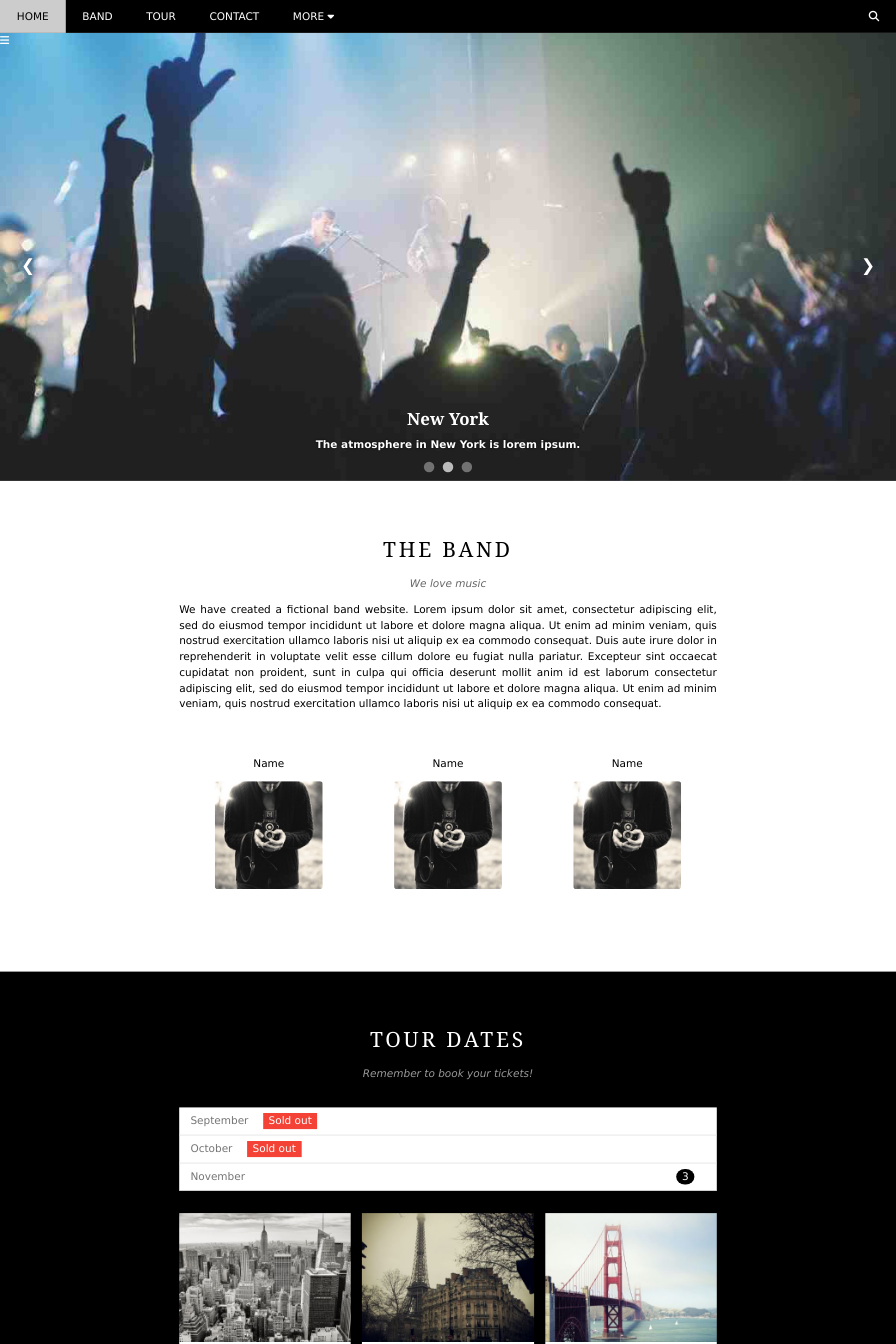
Repository: tam1512/The-Band
Page: index.html
The author's editor kept a copy of each file at every save. The page is drawn from the files as they stood at one save, then again after the next save.
The browser window is 1280 px wide. The pictures show the part of the page from y = 0 to 1920 px (the page is 3641 px tall), at 70% of full size.
Some web libraries are served in a nearby version.

Above is the page before, as saved 2022-07-28 11:26:46.

After the next save:
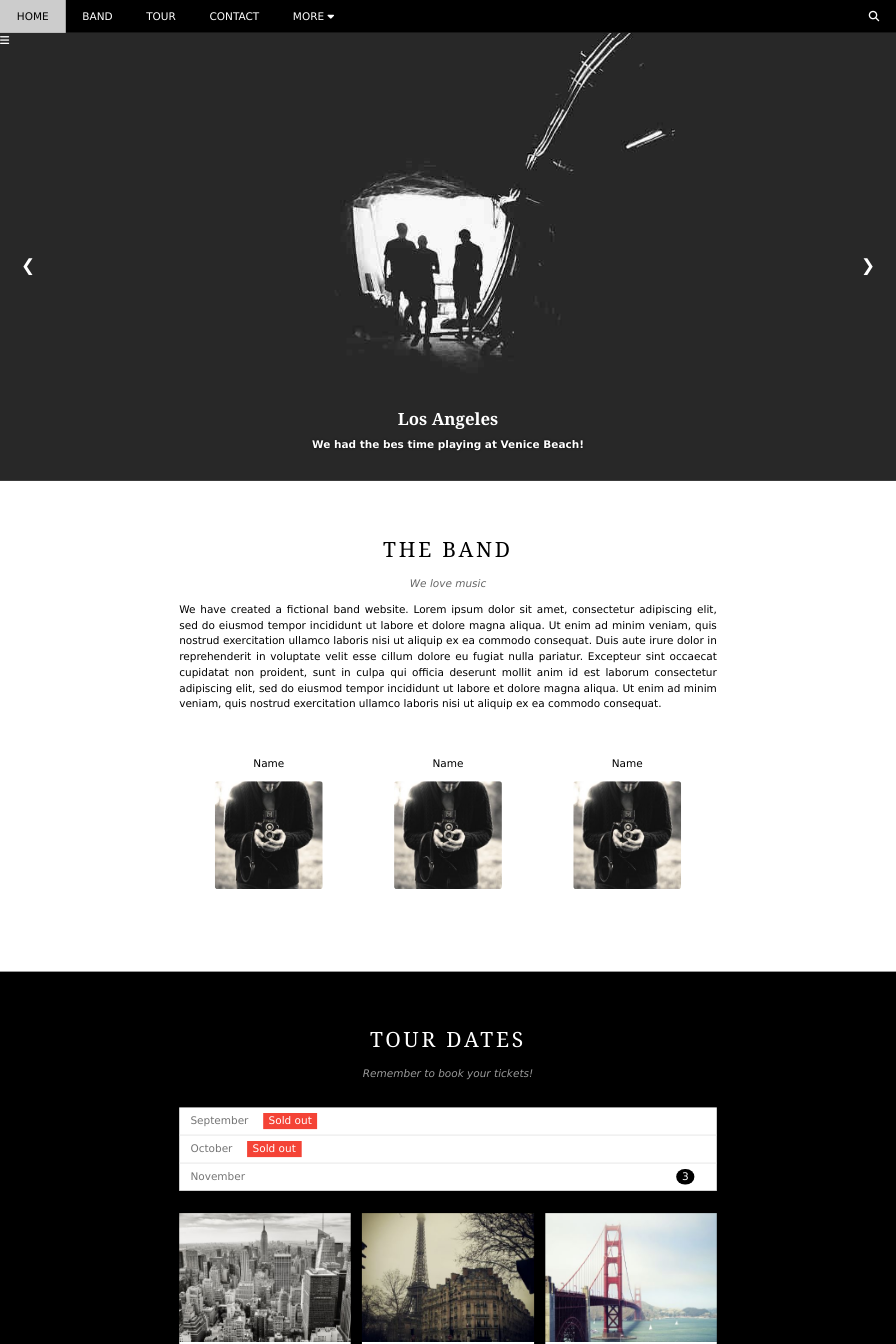
Console error (its wording comes from the project's code and is left out).
Saved 33 s later.
--- a/assets/js/js.js
+++ b/assets/js/js.js
@@ -33,9 +33,7 @@ let btnBuyTickets = document.getElementsByClassName("btn-buy-ticket");
 
 // Header
 let mainMenuElement = document.getElementsByClassName("main-menu")[0];
-let itemNavElements = document.querySelectorAll(
-  ".header_nav li a[href *= '#']"
-);
+let itemNavElements = document.querySelectorAll(".header_nav li]");
 
 // hien menu khi an vao nut main-menu
 mainMenuElement.addEventListener("click", () => {

After the save that followed:
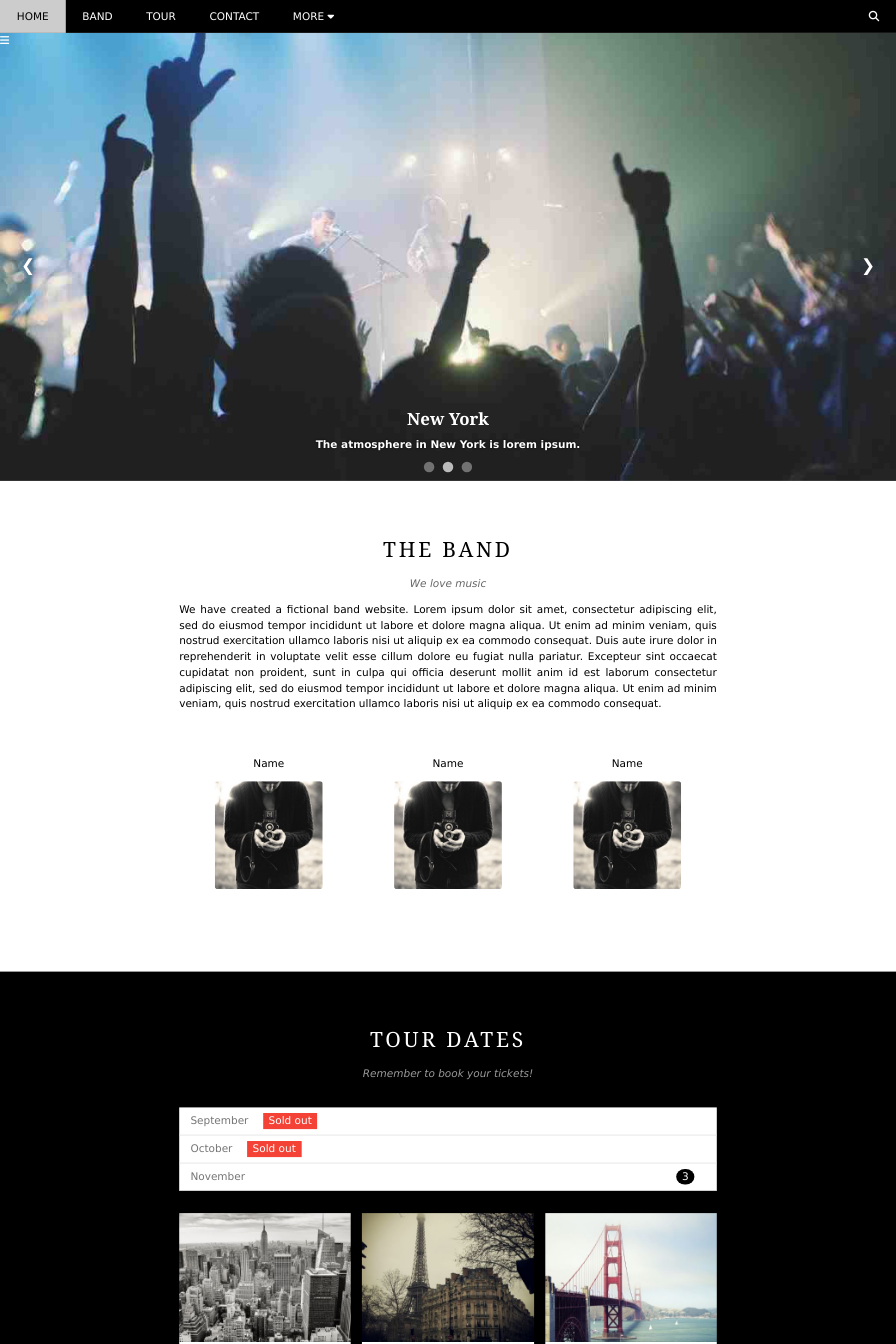
The error is gone.
Saved 4 s later.
--- a/assets/js/js.js
+++ b/assets/js/js.js
@@ -33,7 +33,7 @@ let btnBuyTickets = document.getElementsByClassName("btn-buy-ticket");
 
 // Header
 let mainMenuElement = document.getElementsByClassName("main-menu")[0];
-let itemNavElements = document.querySelectorAll(".header_nav li]");
+let itemNavElements = document.querySelectorAll(".header_nav li");
 
 // hien menu khi an vao nut main-menu
 mainMenuElement.addEventListener("click", () => {
